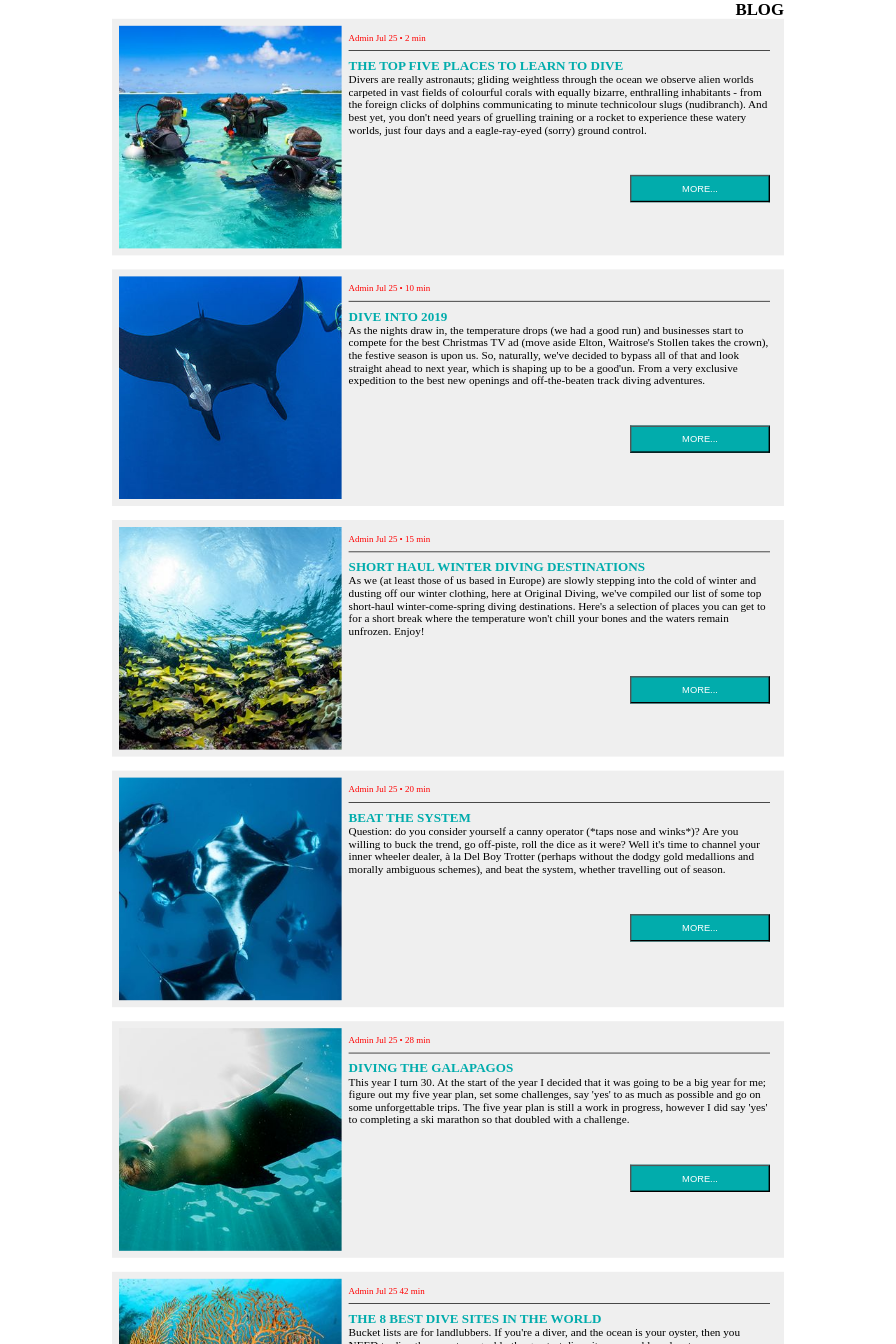
Repository: M1shkaBear/FLX
Page: FLX_homework_3/homework/index.html
These files come from the project's save history. The page is drawn as it stood at one moment and after the next save; the edit follows.
The browser window is 1280 px wide. The pictures show the part of the page from y = 797 to 2717 px (the page is 3443 px tall), at 70% of full size.
The style sheet was rebuilt from its Sass, Less or Tailwind sources for each picture, by a compiler version that may differ from the author's.

Above is the page before, as saved 2019-01-26 18:11:53.

### FLX_homework_3/homework/index.html
<!DOCTYPE html>
<html lang="en">
  <head>
    <meta charset="UTF-8" />
    <meta name="viewport" content="width=device-width, initial-scale=1.0" />
    <meta http-equiv="X-UA-Compatible" content="ie=edge" />

    <!-- Styles should be switched here: -->

    <link rel="stylesheet" type="text/css" href="css/style1.css" />
    <!-- <link rel="stylesheet" type="text/css" href="css/style2.css" /> -->

    <title>Explore the world of ocean</title>
  </head>

  <body>
    <div class="main-wrapper">
      <header>
        <div class="top-wrapper">
          <div class="logo"><img src="img/logo.png" alt="" /></div>

          <nav>
            <a role="button" href="#list" target="_self">Blog</a>
            <a role="button" href="#about" target="_self">About</a>
            <a role="button" href="#contact" target="_self">Contact</a>
          </nav>
        </div>
        <section>
          <h1>Explore the fantastic beauty of our world</h1>
          <a class="btn btn-top" href="#list" target="_self">Dive now</a>
        </section>
      </header>
      <main>
        <div class="toolbar"><input type="text" placeholder="Search" /></div>
        <section class="post-list" id="list">
          <h1>Blog</h1>
          <article>
            <img src="img/post-1.jpg" alt="" />
            <div>
              <div class="post">
                <div class="post-description">Admin Jul 25 &#8226; 2 min</div>
                <h3>The Top Five Places To Learn To Dive</h3>
                <p>
                  Divers are really astronauts; gliding weightless through the
                  ocean we observe alien worlds carpeted in vast fields of
                  colourful corals with equally bizarre, enthralling inhabitants
                  - from the foreign clicks of dolphins communicating to minute
                  technicolour slugs (nudibranch). And best yet, you don't need
                  years of gruelling training or a rocket to experience these
                  watery worlds, just four days and a eagle-ray-eyed (sorry)
                  ground control.
                </p>
              </div>
              <button class="btn">More...</button>
            </div>
          </article>
          <article>
            <img src="img/post-2.jpg" alt="" />
            <div>
              <div class="post">
                <div class="post-description">Admin Jul 25 &#8226; 10 min</div>
                <h3>Dive Into 2019</h3>
                <p>
                  As the nights draw in, the temperature drops (we had a good
                  run) and businesses start to compete for the best Christmas TV
                  ad (move aside Elton, Waitrose's Stollen takes the crown), the
                  festive season is upon us. So, naturally, we've decided to
                  bypass all of that and look straight ahead to next year, which
                  is shaping up to be a good'un. From a very exclusive
                  expedition to the best new openings and off-the-beaten track
                  diving adventures.
                </p>
              </div>
              <button class="btn">More...</button>
            </div>
          </article>
          <article>
            <img src="img/post-3.jpg" alt="" />
            <div>
              <div class="post">
                <div class="post-description">Admin Jul 25 &#8226; 15 min</div>
                <h3>Short Haul Winter Diving Destinations</h3>
                <p>
                  As we (at least those of us based in Europe) are slowly
                  stepping into the cold of winter and dusting off our winter
                  clothing, here at Original Diving, we've compiled our list of
                  some top short-haul winter-come-spring diving destinations.
                  Here's a selection of places you can get to for a short break
                  where the temperature won't chill your bones and the waters
                  remain unfrozen. Enjoy!
                </p>
              </div>
              <button class="btn">More...</button>
            </div>
          </article>
          <article>
            <img src="img/post-4.jpg" alt="" />
            <div>
              <div class="post">
                <div class="post-description">Admin Jul 25 &#8226; 20 min</div>
                <h3>Beat the System</h3>
                <p>
                  Question: do you consider yourself a canny operator (*taps
                  nose and winks*)? Are you willing to buck the trend, go
                  off-piste, roll the dice as it were? Well it's time to channel
                  your inner wheeler dealer, à la Del Boy Trotter (perhaps
                  without the dodgy gold medallions and morally ambiguous
                  schemes), and beat the system, whether travelling out of
                  season.
                </p>
              </div>
              <button class="btn">More...</button>
            </div>
          </article>
          <article>
            <img src="img/post-5.jpg" alt="" />
            <div>
              <div class="post">
                <div class="post-description">Admin Jul 25 &#8226; 28 min</div>
                <h3>Diving The Galapagos</h3>
                <p>
                  This year I turn 30. At the start of the year I decided that
                  it was going to be a big year for me; figure out my five year
                  plan, set some challenges, say 'yes' to as much as possible
                  and go on some unforgettable trips. The five year plan is
                  still a work in progress, however I did say 'yes' to
                  completing a ski marathon so that doubled with a challenge.
                </p>
              </div>
              <button class="btn">More...</button>
            </div>
          </article>
          <article>
            <img src="img/post-6.jpg" alt="" />
            <div>
              <div class="post">
                <div class="post-description">Admin Jul 25 42 min</div>
                <h3>The 8 Best Dive Sites in the World</h3>
                <p>
                  Bucket lists are for landlubbers. If you're a diver, and the
                  ocean is your oyster, then you NEED to dive these spots,
                  arguably the greatest dive sites on our blue planet.
                </p>
              </div>
              <button class="btn">More...</button>
            </div>
          </article>
        </section>

        <section class="about" id="about">
          <div>
            <h1>About Us</h1>
            <p>
              Our approach differs from other travel companies; we are a group
              of dedicated divers, marine biologists and travellers who take a
              creative approach to tailoring luxury diving holidays.
            </p>
            <p>
              We focus on understanding what you want from your holiday, from
              trips centred entirely around diving to holidays with the odd dive
              included here and there. No matter your level of dive experience
              and knowledge, we will tailor the perfect holiday to your
              requirements using a thoughtful approach, focused on the small
              details that make a big difference.
            </p>
            <p>
              Our aim is to make sure every detail of your holiday is planned to
              perfection by working with you to hone and finesse your itinerary
              to your exact requirements, from ensuring logistics like transfers
              and guides run like clockwork to giving you access to experiences
              the average traveller wouldn't find. So you can sit back, relax
              and enjoy your Original Diving holiday.
            </p>
          </div>
          <div><img src="img/about-section.jpg" alt="" /></div>
        </section>

        <section class="contact-form" id="contact">
          <h1>CONTACT US</h1>
          <h4>For any questions you may have, you can write us:</h4>

          <!-- TODO: write form fields -->
        </section>
      </main>
      <footer><span>&#169; 2019 Exploring the world</span></footer>
    </div>
  </body>
</html>

### FLX_homework_3/homework/scss/style1.scss
// Do not edit this file
@import "variables1";
@import "main";

### FLX_homework_3/homework/scss/_variables1.scss
$contentBackground: #fff;
$bgArticle: #efefef;
$fonts: normal 300 15px/24px Roboto, Ubuntu, Cantarell, Helvetica, sans-serif;
$bgImg: url("../img/header_background_v1.jpg");
$aColor: white;
$abdcolor: #607d8b;
$btnColor: #01acac;
$lineColor: black;
$datecolor: red;
$h3Color: #01acac;

### FLX_homework_3/homework/scss/_main.scss
* {
  padding: 0;
  margin: 0;
}

body {
  background: $contentBackground;
}

main {
  margin: 0 auto;
  width: 960px;
  article {
    background-color: $bgArticle;
  }
}

header {
  background-image: $bgImg;
  background-position: center;
  background-size: cover;
  height: 100vh;
  text-transform: uppercase;
  .top-wrapper {
    display: flex;
    flex-direction: row;
    align-items: flex-start;
    justify-content: space-between;
  }
  .btn.btn-top {
    background-color: $btnColor;
    color: white;
    border: none;
    padding: 15px 80px;
    text-align: center;
    text-decoration: none;
    display: inline-block;
    font-size: 16px;
  }
  section {
    color: $aColor;
    display: flex;
    flex-direction: column;
    align-items: center;
    margin-top: 150px;
  }

  .logo {
    float: left;
    width: 20%;
    img {
      width: 100%;
      height: auto;
    }
  }
  nav {
    a {
      color: $aColor;
      font: $fonts;
      text-transform: uppercase;
      text-decoration: none;
      padding: 20px 177px 20px 177px;
      display: inline-block;
    }

    a:not(:last-of-type) {
      border-width: 0 2px 0 0;
      border-style: solid;
      border-color: $abdcolor;
    }
  }
}
#about img {
  width: 100%;
}
.toolbar {
  margin: 20px 0 0 80%;
  input {
    padding: 10px;
    border: 1px solid;
  }
}

main {
  margin: 0 auto;
  display: flex;
  flex-direction: column;
}

.post-list {
  text-align: left;
  h1 {
    color: $lineColor;
    padding-top: 20px;
    text-align: right;
    text-transform: uppercase;
  }
  article {
    padding: 10px;
    margin-bottom: 20px;
    display: flex;
    flex-direction: row;
    justify-content: space-between;
    align-items: flex-start;
    h3 {
      text-transform: uppercase;
      color: $h3Color;
    }
    .btn {
      background-color: $btnColor;
      color: white;
      padding: 10px 0px;
      width: 200px;
      text-transform: uppercase;
      margin-top: 55px;
      cursor: pointer;
    }
  }
  article > div {
    padding: 10px;
    display: flex;
    flex-direction: column;
    justify-content: space-between;
    align-items: flex-end;
  }
}
.post-description {
  font-size: 0.8em;
  border-bottom: 1px solid $lineColor;
  margin-bottom: 10px;
  padding-bottom: 10px;
  color: $datecolor;
}

After the next save:
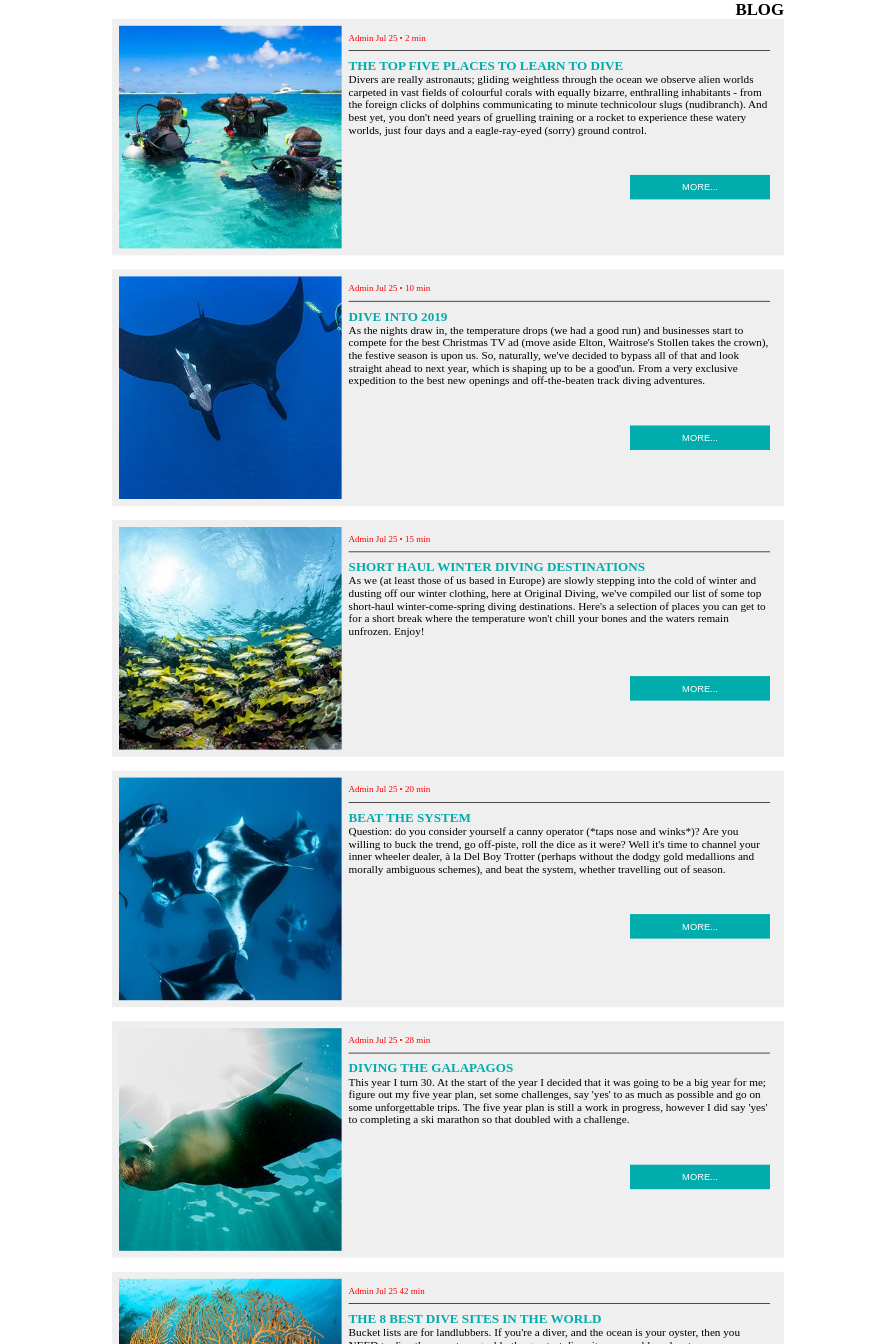
Saved 28 s later.
--- a/FLX_homework_3/homework/scss/_main.scss
+++ b/FLX_homework_3/homework/scss/_main.scss
@@ -114,6 +114,7 @@ main {
       text-transform: uppercase;
       margin-top: 55px;
       cursor: pointer;
+      border: 0px;
     }
   }
   article > div {
